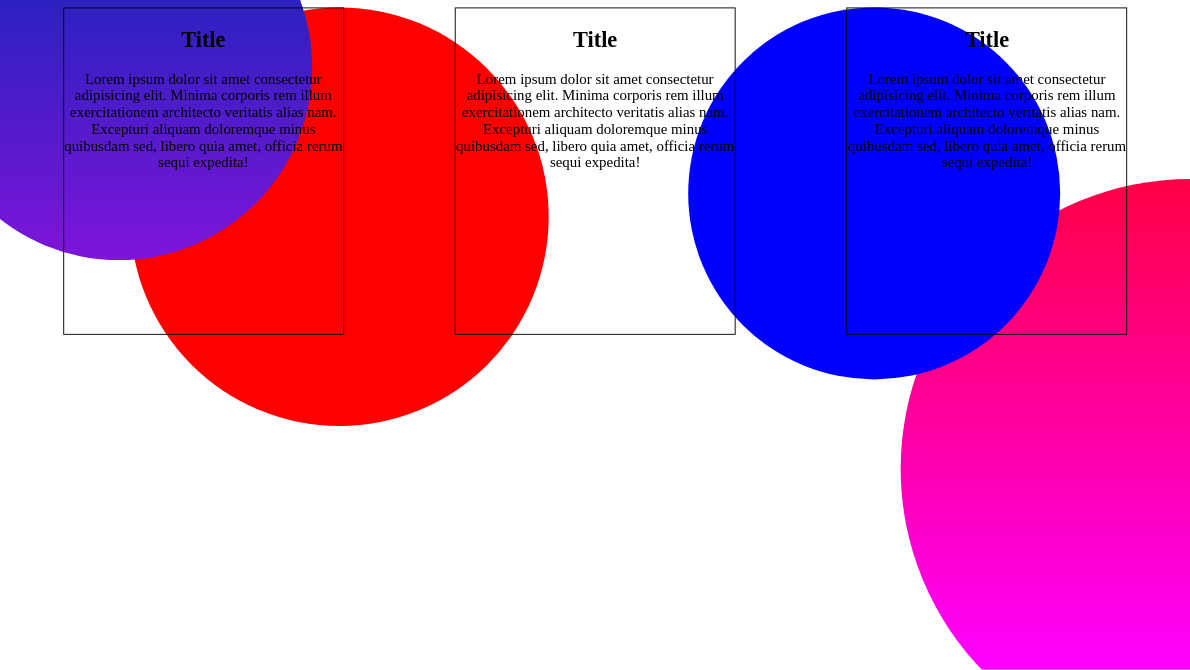
Repository: dovanluyen1996/Test-Git-PR
Page: index.html
These files come from the project's save history. The page is drawn as it stood at one moment and after the next save; the edit follows.
The browser window is 1280 px wide. The pictures show the whole page, at 93% of full size.

Above is the page before, as saved 2021-09-06 23:40:53.

After the next save:
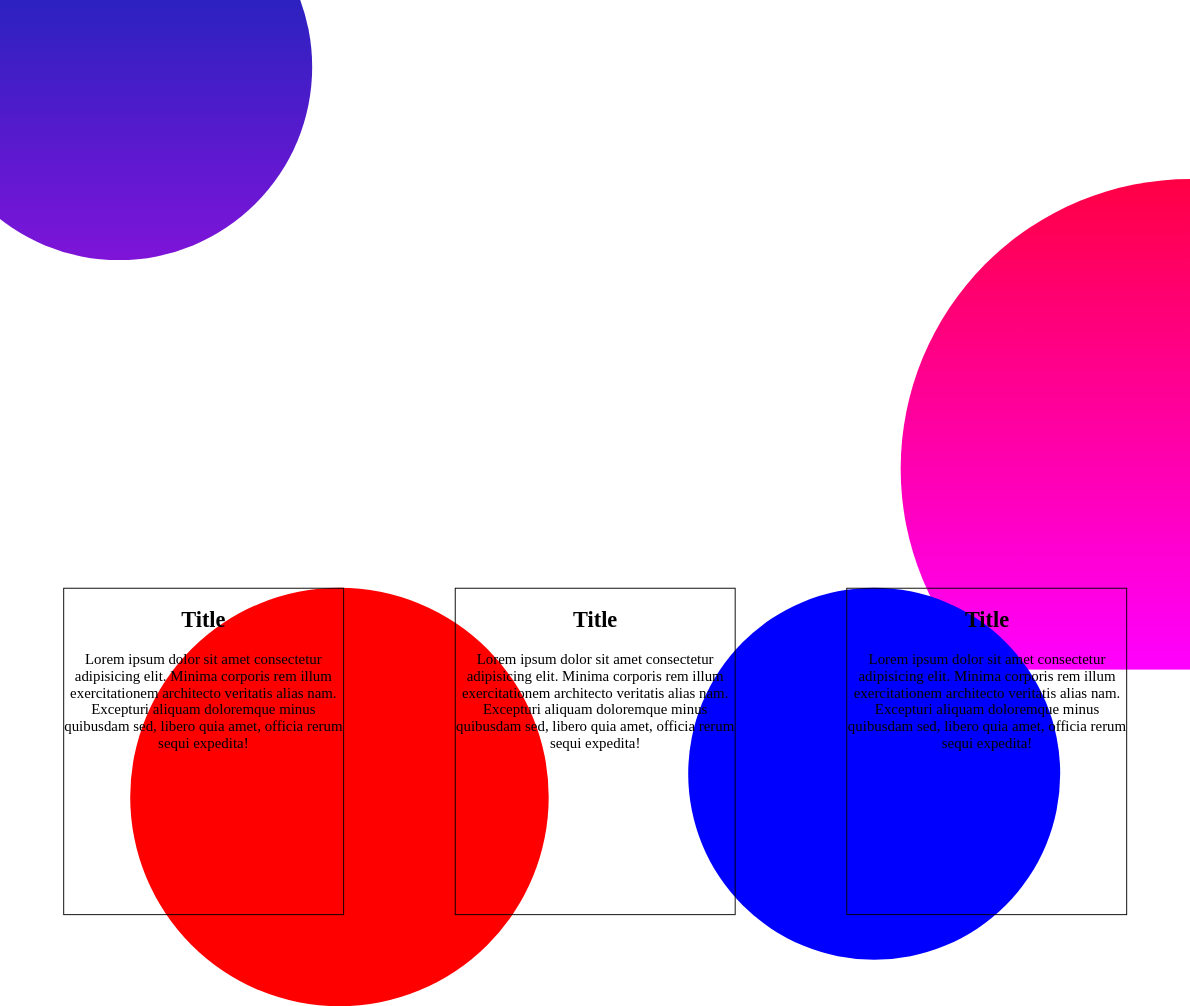
Saved 23 s later.
--- a/css/style.css
+++ b/css/style.css
@@ -53,4 +53,5 @@
   z-index: 999;
   display: flex;
   align-items: center;
+  margin-top: 50%;
 }

After the save that followed:
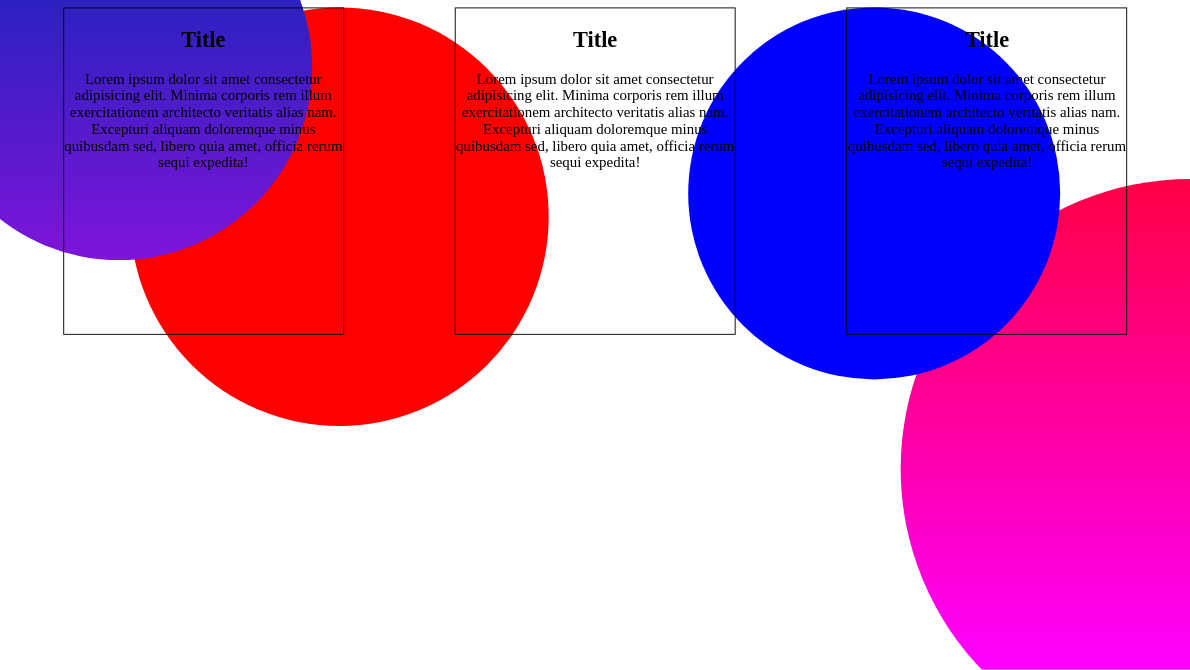
Saved 6 s later.
--- a/css/style.css
+++ b/css/style.css
@@ -53,5 +53,4 @@
   z-index: 999;
   display: flex;
   align-items: center;
-  margin-top: 50%;
 }
